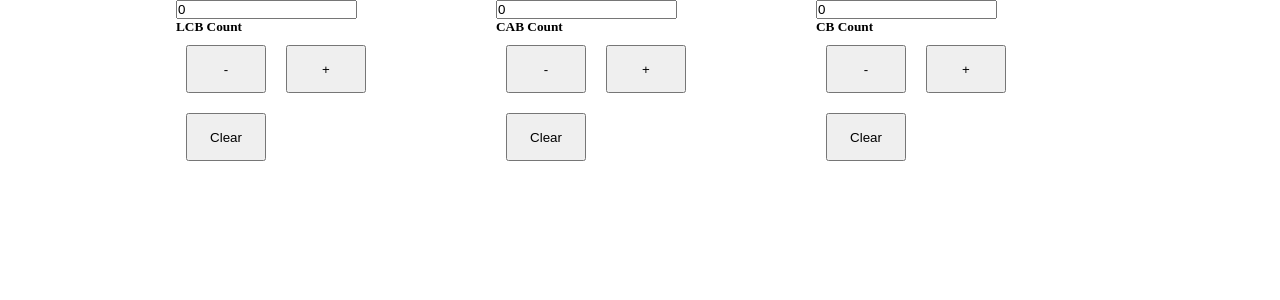
Repository: suraj-yadav7/SwitchWorkflow-Count-reactjs
Page: /
An editor plug-in stored every save of this project. The page is shown before and after the next save, followed by the edit.
The browser window is 1280 px wide. The pictures show the whole page.
The project was rebuilt for these pictures with package versions that can differ from the ones it lists, and the page was loaded fresh each time.

Above is the page before, as saved 2023-04-17 18:21:27.

### src/App.js
import './App.css';
import TitleCount from './Components/TitleCount';

function App() {
  return (
    <>
    <TitleCount />
    </>
  );
}

export default App;

### src/App.css
*{
  margin: 0;
  padding: 0;
  box-sizing: border-box;
}

button{
  width: 5rem;
  margin: 10px;
  height: 3rem;
}

.container1{
  display:flex ;
  justify-content: center;
  align-items: center;
  gap: 2rem;
}
.container1 >input{
  width: 5rem;
  height: 3rem;
}

### src/Components/TitleCount.jsx
import React from 'react'
import { useState, useEffect } from 'react'
const TitleCount = () => {

    const [lcbCount, setLcbCount] = useState(parseInt(localStorage.getItem("lcbKey")) || 0)

    useEffect(()=>{
        localStorage.setItem("lcbKey", lcbCount)
    },[lcbCount])

    return (
        <>
        <nav>

        </nav>
            <div className="container1">
                <div class="card" style={{width: "18rem"}}>
                    <input type='text' name="lcbCount" value={lcbCount}/>
                    <div class="card-body">
                        <h5 class="card-title">LCB Count</h5>
                        <button onClick={()=>setLcbCount(val => (lcbCount>0 ? val-1: 0))}>-</button>
                        <button onClick={()=>setLcbCount(val => val+1)}>+</button>
                        <button onClick={()=>setLcbCount(0)}>Clear</button>
                    </div>
                </div>
                <div class="card" style={{width: "18rem"}}>
                    <input type='text' name="lcbCount" value={lcbCount}/>
                    <div class="card-body">
                        <h5 class="card-title">CAB Count</h5>
                        <button onClick={()=>setLcbCount(val => (lcbCount>0 ? val-1: 0))}>-</button>
                        <button onClick={()=>setLcbCount(val => val+1)}>+</button>
                        <button onClick={()=>setLcbCount(0)}>Clear</button>
                    </div>
                </div>
                <div class="card" style={{width: "18rem"}}>
                    <input type='text' name="lcbCount" value={lcbCount}/>
                    <div class="card-body">
                        <h5 class="card-title">CB Count</h5>
                        <button onClick={()=>setLcbCount(val => (lcbCount>0 ? val-1: 0))}>-</button>
                        <button onClick={()=>setLcbCount(val => val+1)}>+</button>
                        <button onClick={()=>setLcbCount(0)}>Clear</button>
                    </div>
                </div>
            </div>

        </>
    )
}

export default TitleCount

Loaded but not shown: src/index.js (common file)

After the next save:
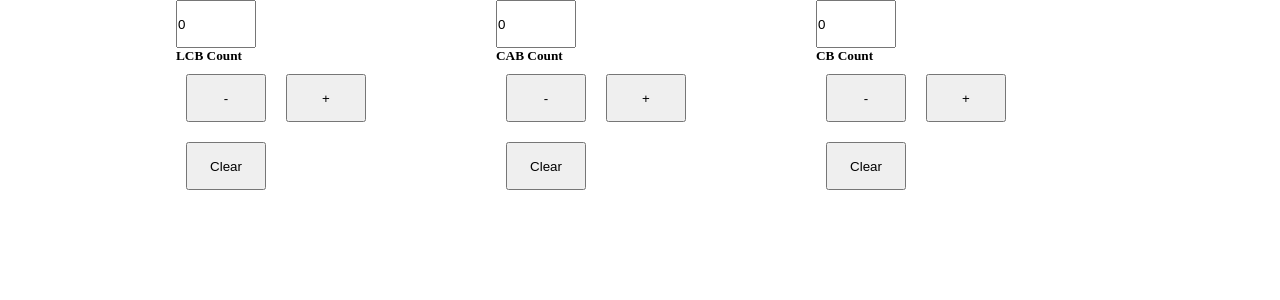
Saved 33 s later.
--- a/src/App.css
+++ b/src/App.css
@@ -16,7 +16,7 @@ button{
   align-items: center;
   gap: 2rem;
 }
-.container1 >input{
+.card >input{
   width: 5rem;
   height: 3rem;
 }
